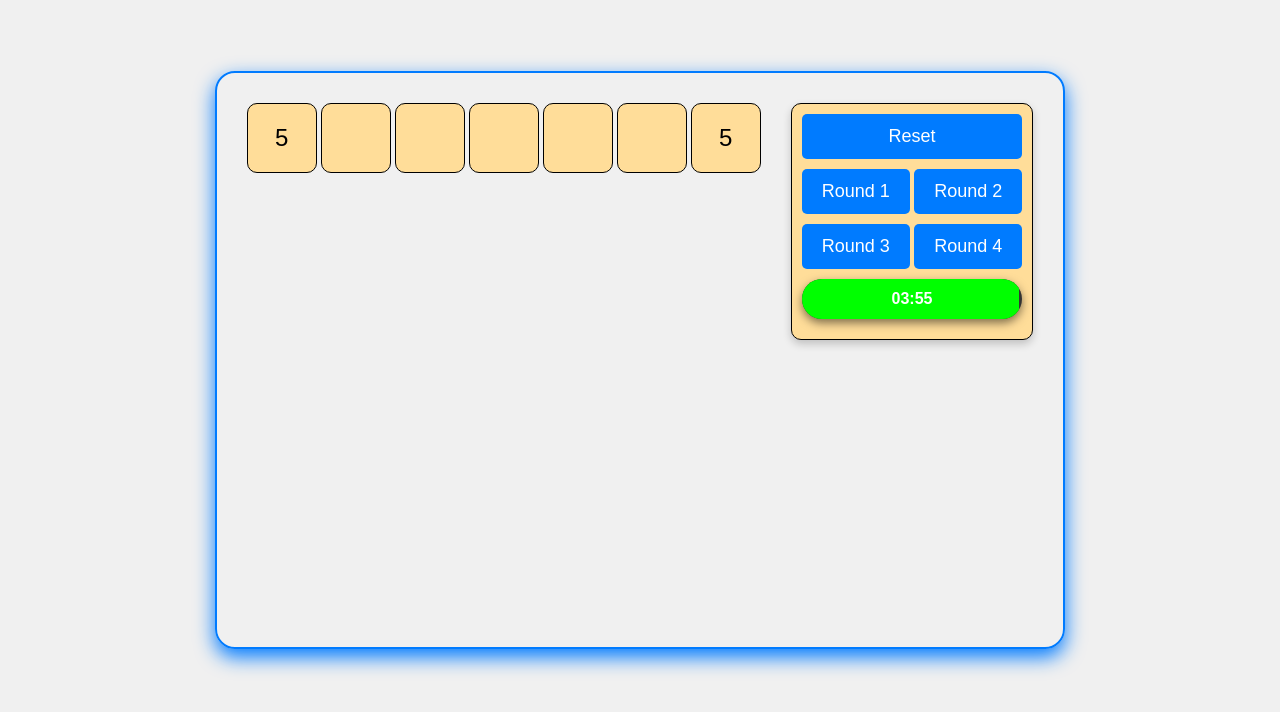
Repository: radisyah/THE_BRAIN_STORM
Page: Broken Link.html
These files come from the project's save history. The page is drawn as it stood at one moment and after the next save; the edit follows.
The browser window is 1280 px wide. The pictures show the whole page.

Above is the page before, as saved 2024-10-31 00:33:52.

### Broken Link.html
<!DOCTYPE html>
<html lang="en">
<head>
    <meta charset="UTF-8">
    <meta name="viewport" content="width=device-width, initial-scale=1.0">
    <title>The Brain Storm | Broken Link</title>
    <style>
        body {
            font-family: Arial, sans-serif;
            display: flex;
            justify-content: center; /* Center the main content */
            align-items: center; /* Center vertically */
            height: 100vh;
            margin: 0;
            background-color: #f0f0f0;
        }

        .container {
            display: flex;
            justify-content: center;
            align-items: flex-start;
            border-radius: 20px;
            box-shadow: 0 8px 20px  #007bff;
            padding: 30px;
            border: 2px solid #007bff;
            transition: transform 0.3s ease-in-out;
        }

        /* Timer container styles */
        .timer-container {
            position: relative;
            width: 100%;
            height: 40px;
            background-color: #333;
            border-radius: 20px;
            overflow: hidden;
            box-shadow: 0px 4px 10px rgba(0, 0, 0, 0.5);
            margin-bottom: 10px;
        }

        /* Timer text styles */
        #timer {
            position: absolute;
            top: 50%;
            left: 50%;
            transform: translate(-50%, -50%);
            color: white;
            font-size: 16px;
            font-weight: bold;
            z-index: 2;
        }

        /* Progress bar styles */
        .timer-bar {
            position: absolute;
            top: 0;
            left: 0;
            height: 100%;
            background: linear-gradient(90deg, #00ff00, #ffff00, #ff0000);
            width: 100%;
            transition: width 1s linear;
            z-index: 1;
        }


        .container:hover {
            transform: scale(1.02); /* Slight scale effect when hovering over the container */
        }


        .grid-container {
            display: grid;
            grid-template-columns: repeat(7, 70px); /* Size increased */
            grid-template-rows: repeat(7, 70px); /* Size increased */
            gap: 4px; /* Increased gap */
            position: relative;
            margin-right: 30px; /* Space between grid and buttons */
        }

        .grid-item {
            display: flex;
            justify-content: center;
            align-items: center;
            font-size: 24px; /* Increased font size */
            background-color: #ffdd99;
            border: 1px solid #000;
            color: #000;
            cursor: pointer;
            position: relative;
            border-radius: 10px;
            transition: background-color 0.3s;
        }




        canvas {
            position: absolute;
            top: 0;
            left: 0;
            z-index: 1;
            pointer-events: none;
        }

        .green {
    background-color: green;
    color: white; /* Optional: For better visibility */
}


        #resetButton {
            padding: 12px 25px; /* Increased padding */
            font-size: 18px; /* Increased font size */
            cursor: pointer;
            background-color: #007bff;
            color: white;
            border: none;
            border-radius: 5px;
            transition: background-color 0.3s;
        }

        #resetButton:hover {
            background-color: #0056b3;
        }

        .question-buttons {
            display: flex;
            flex-direction: column; /* Align buttons vertically */
            gap: 10px;
            padding: 10px; /* Added padding */
            background-color: #ffdd99; /* Background color for buttons layout */
            border-radius: 10px; /* Rounded corners */
            box-shadow: 0 4px 8px rgba(0, 0, 0, 0.2); /* Shadow for effect */
             border: 1px solid #000;
        }




        .question-button {
            padding: 12px 20px; /* Increased padding */
            font-size: 18px; /* Increased font size */
            cursor: pointer;
            background-color: #007bff;
            color: white;
            border: none;
            border-radius: 5px;
            transition: background-color 0.3s;
        }

        .question-button:hover {
            background-color: #0056b3;
        }
    </style>
</head>
<body>

<div class="container">
    <div class="grid-container" id="grid-container">
        <!-- Grid elements will be filled here -->
    </div>

    <div class="question-buttons">
        <button id="resetButton">Reset</button>
        <div>
            <button class="question-button" onclick="loadQuestion(1)">Round 1</button>
            <button class="question-button" onclick="loadQuestion(2)">Round 2</button>
        </div>
        <div>
            <button class="question-button" onclick="loadQuestion(3)">Round 3</button>
            <button class="question-button" onclick="loadQuestion(4)">Round 4</button>
        </div>
        <div class="timer-container">
            <div id="timer">04:00</div>
            <div class="timer-bar"></div>
        </div>

    </div>
</div>

<canvas id="lineCanvas"></canvas>

<script>
    const canvas = document.getElementById('lineCanvas');
    const ctx = canvas.getContext('2d');
    const gridContainer = document.getElementById('grid-container');
    const resetButton = document.getElementById('resetButton');
    let activeGrid = null;
    let lines = []; // Store lines to be drawn

    // Data grid untuk soal
    const questions = {
        1: [
            { number: "5" }, { number: "" }, { number: "" }, { number: "" }, { number: "" }, { number: "" }, { number: "5" },
        ],
    };

    let timeLimit = 240; // Limit waktu dalam detik
    let timeRemaining = timeLimit;
    let isTimerRunning = false;
    const timerDisplay = document.getElementById('timer');
    const timerBar = document.querySelector('.timer-bar');

    function startTimer() {
        if (isTimerRunning) return;
        isTimerRunning = true;

        timerInterval = setInterval(() => {
            timeRemaining--;

            // Format menit dan detik
            const minutes = Math.floor(timeRemaining / 60);
            const seconds = timeRemaining % 60;
            timerDisplay.textContent = `${minutes < 10 ? '0' + minutes : minutes}:${seconds < 10 ? '0' + seconds : seconds}`;

            // Perbarui lebar progress bar
            const percentage = (timeRemaining / timeLimit) * 100;
            timerBar.style.width = `${percentage}%`;

            // Ubah warna progress bar
            if (percentage <= 33) {
                timerBar.style.background = "#ff0000";
            } else if (percentage <= 66) {
                timerBar.style.background = "#ffff00";
            } else {
                timerBar.style.background = "#00ff00";
            }

            // Ketika waktu habis
            if (timeRemaining <= 0) {
                clearInterval(timerInterval);
                isTimerRunning = false;
                timerDisplay.textContent = "Time is Over";
                disableGridInteractions(); // Fungsi untuk mengunci input
            }
        }, 1000);
    }


    let isGridDisabled = false; // Global flag to track grid disabled state

    function disableGridInteractions() {
        isGridDisabled = true; // Set the disabled flag
        Array.from(gridContainer.children).forEach((gridItem) => {
            gridItem.style.pointerEvents = 'none';
        });
        resetButton.disabled = true;
        resetButton.style.pointerEvents = 'none';
    }



    function resizeCanvas() {
        const rect = gridContainer.getBoundingClientRect();
        canvas.width = rect.width;
        canvas.height = rect.height;
        canvas.style.top = `${rect.top}px`;
        canvas.style.left = `${rect.left}px`;
    }

// Load the grid
function loadGrid(data) {
    gridContainer.innerHTML = '';
    data.forEach((item, index) => {
        const gridItem = document.createElement('div');
        gridItem.classList.add('grid-item');
        gridItem.dataset.number = item.number;
        gridItem.textContent = item.number || '';
        gridItem.dataset.index = index;

        // Prevent interaction with empty grid items
        if (item.number === "") {
            gridItem.classList.add('empty');
        } else {
            gridItem.addEventListener('click', () => {
                activateGrid(gridItem);
            });
        }

        gridContainer.appendChild(gridItem);
    });

    // Resize canvas to match the grid
    resizeCanvas();
}

    // Tambahkan variabel untuk menyimpan level yang sedang aktif
    let currentQuestion = 1;

    // Ensure grid is disabled on level load if `isGridDisabled` is true
    function loadQuestion(questionNumber) {
        currentQuestion = questionNumber;
        loadGrid(questions[questionNumber]);
        ctx.clearRect(0, 0, canvas.width, canvas.height);
        activeGrid = null;
        lines = [];
        if (isGridDisabled) disableGridInteractions(); // Check and disable if needed
    }

    function activateGrid(gridItem) {
        if (activeGrid) {
            activeGrid.classList.remove('active');
        }

        gridItem.classList.add('active');
        activeGrid = gridItem;
    }

    function drawLine(start, end) {
        ctx.beginPath();
        ctx.moveTo(start.x, start.y);
        ctx.lineTo(end.x, end.y);
        // ctx.strokeStyle = '#fbc05d';
        ctx.lineWidth = 2;
        ctx.stroke();
    }

    function getCenterPosition(gridItem) {
        const rect = gridItem.getBoundingClientRect();
        const gridContainerRect = gridContainer.getBoundingClientRect();
        return {
            x: rect.left + rect.width / 2 - gridContainerRect.left,
            y: rect.top + rect.height / 2 - gridContainerRect.top
        };
    }

    function move(direction) {
    const index = parseInt(activeGrid.dataset.index);
    let targetIndex;

    switch (direction) {
        case 'ArrowLeft':
            if (index % 7 !== 0) targetIndex = index - 1;
            break;
        case 'ArrowRight':
            if (index % 7 !== 6) targetIndex = index + 1;
            break;
        case 'ArrowUp':
            if (index - 7 >= 0) targetIndex = index - 7;
            break;
        case 'ArrowDown':
            if (index + 7 < questions[1].length) targetIndex = index + 7; // Default to first question length
            break;
    }

    if (targetIndex !== undefined && targetIndex >= 0 && targetIndex < questions[1].length) {
        const targetGrid = gridContainer.children[targetIndex];
        const startPosition = getCenterPosition(activeGrid);
        const endPosition = getCenterPosition(targetGrid);

        if (targetGrid.dataset.number === "") {
            // If it's empty, we can draw a line to it
            drawLine(startPosition, endPosition);
            lines.push({ start: startPosition, end: endPosition });
        } else if (targetGrid.dataset.number === "5" && activeGrid.dataset.number === "5") {
            // If both the active grid and target grid are "5", connect them
            drawLine(startPosition, endPosition);
            checkForMatch(targetGrid);
        }

        // Update the active grid
        activeGrid.classList.remove('active');
        activeGrid = targetGrid;
        activeGrid.classList.add('active');
    }
}

function checkForMatch(targetGrid) {
    // Check if both grids have the value "5"
    if (activeGrid.dataset.number === "5" && targetGrid.dataset.number === "5") {
        activeGrid.classList.add('green'); // Highlight active grid
        targetGrid.classList.add('green'); // Highlight target grid

        // Change the color of the empty grid(s) that have a line drawn between them
        const indexStart = parseInt(activeGrid.dataset.index);
        const indexEnd = parseInt(targetGrid.dataset.index);
        const minIndex = Math.min(indexStart, indexEnd);
        const maxIndex = Math.max(indexStart, indexEnd);

        // Change the grid item(s) in between to green
        for (let i = minIndex + 1; i < maxIndex; i++) {
            const inBetweenGrid = gridContainer.children[i];
            if (inBetweenGrid.dataset.number === "") {
                inBetweenGrid.classList.add('green'); // Change empty grid to green
            }
        }

        activeGrid.classList.remove('active'); // Deactivate the previous active grid
        activeGrid = null; // Reset active grid
        ctx.clearRect(0, 0, canvas.width, canvas.height); // Clear canvas
        drawAllLines(); // Redraw all lines
    }
}




    function drawAllLines() {
        for (let i = 0; i < lines.length; i++) {
            const { start, end } = lines[i];
            drawLine(start, end);
        }
    }


    resetButton.addEventListener('click', () => {
        ctx.clearRect(0, 0, canvas.width, canvas.height);
        activeGrid = null;
        lines = [];
        loadGrid(questions[currentQuestion]); // Load level yang sedang aktif
        // Hapus semua grid item yang memiliki kelas 'green'
        Array.from(gridContainer.children).forEach((gridItem) => {
            gridItem.classList.remove('green');
        });
    });

    document.addEventListener('keydown', (event) => {
        if (activeGrid) {
            move(event.key);
        }
    });

    // Disable grid when the page visibility changes to hidden
    document.addEventListener('visibilitychange', () => {
        if (document.visibilityState === 'hidden' && isGridDisabled) {
            disableGridInteractions();
        }
    });

    // Mulai timer saat halaman dimuat
    window.onload = () => {
        loadGrid(questions[1]); // Load pertanyaan pertama secara default
        window.addEventListener('resize', resizeCanvas);
        startTimer(); // Panggil timer
    };

</script>

</body>
</html>

After the next save:
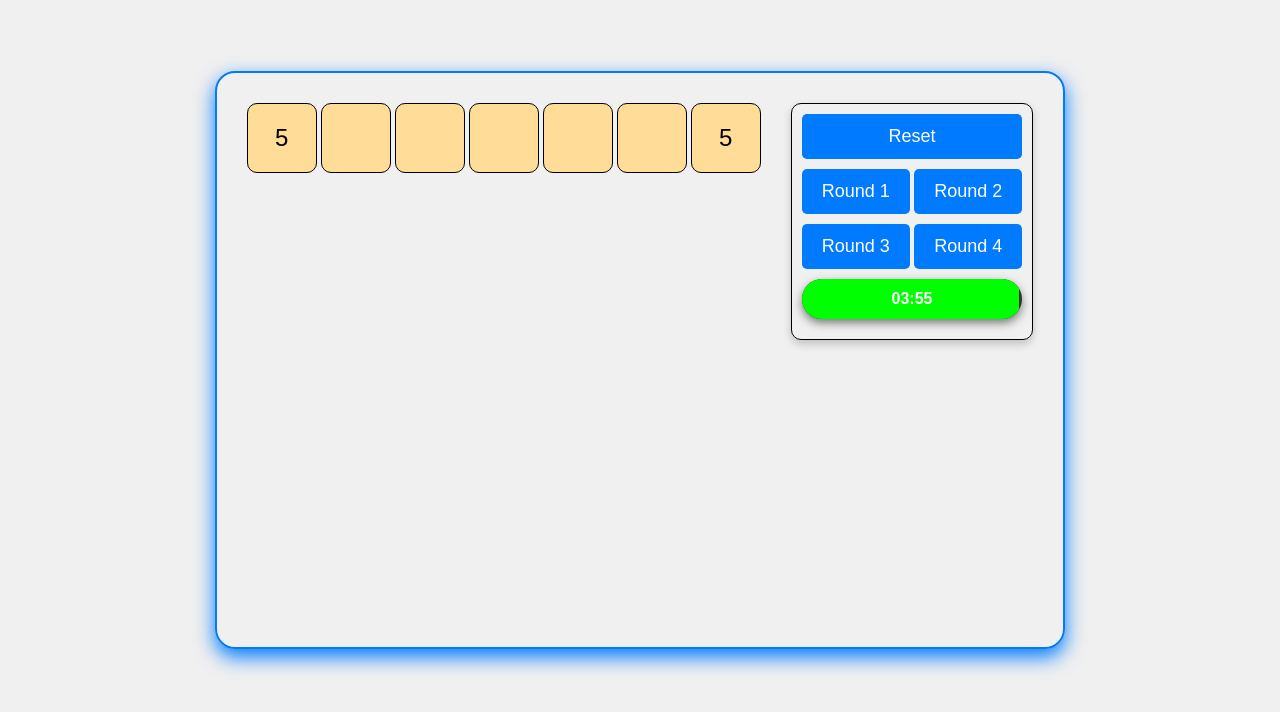
Saved 11 s later.
--- a/Broken Link.html
+++ b/Broken Link.html
@@ -128,7 +128,7 @@
             flex-direction: column; /* Align buttons vertically */
             gap: 10px;
             padding: 10px; /* Added padding */
-            background-color: #ffdd99; /* Background color for buttons layout */
+
             border-radius: 10px; /* Rounded corners */
             box-shadow: 0 4px 8px rgba(0, 0, 0, 0.2); /* Shadow for effect */
              border: 1px solid #000;
